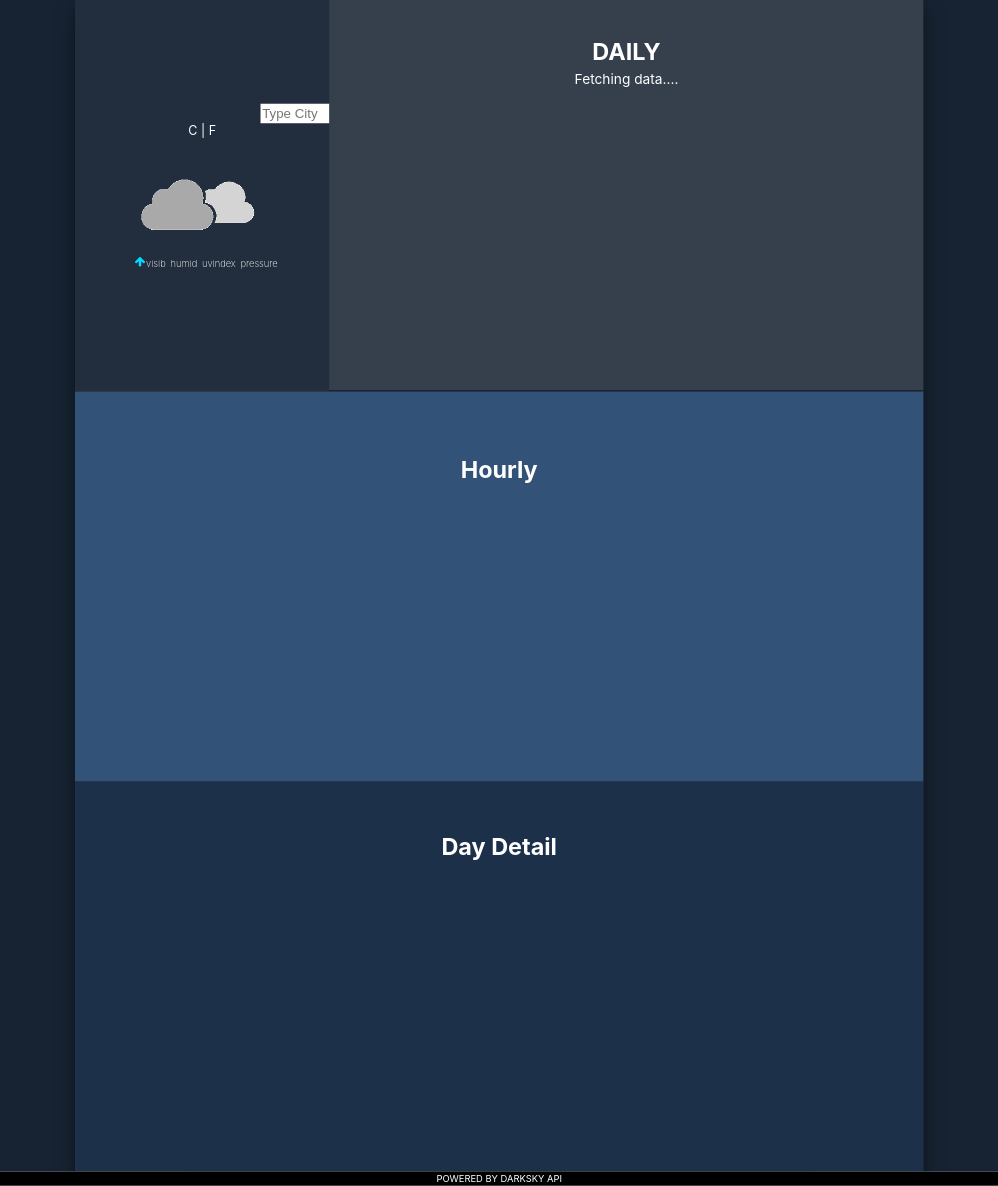
Repository: DOODpls/assignment3_weather
Page: index.html
The author's editor kept a copy of each file at every save. The page is drawn from the files as they stood at one save, then again after the next save.
The browser window is 1280 px wide. The pictures show the whole page, at 78% of full size.
Some web fonts or font styles are not loaded; a fallback is used. Some web libraries are served in a nearby version.

Above is the page before, as saved 2020-01-07 19:20:32.

After the next save:
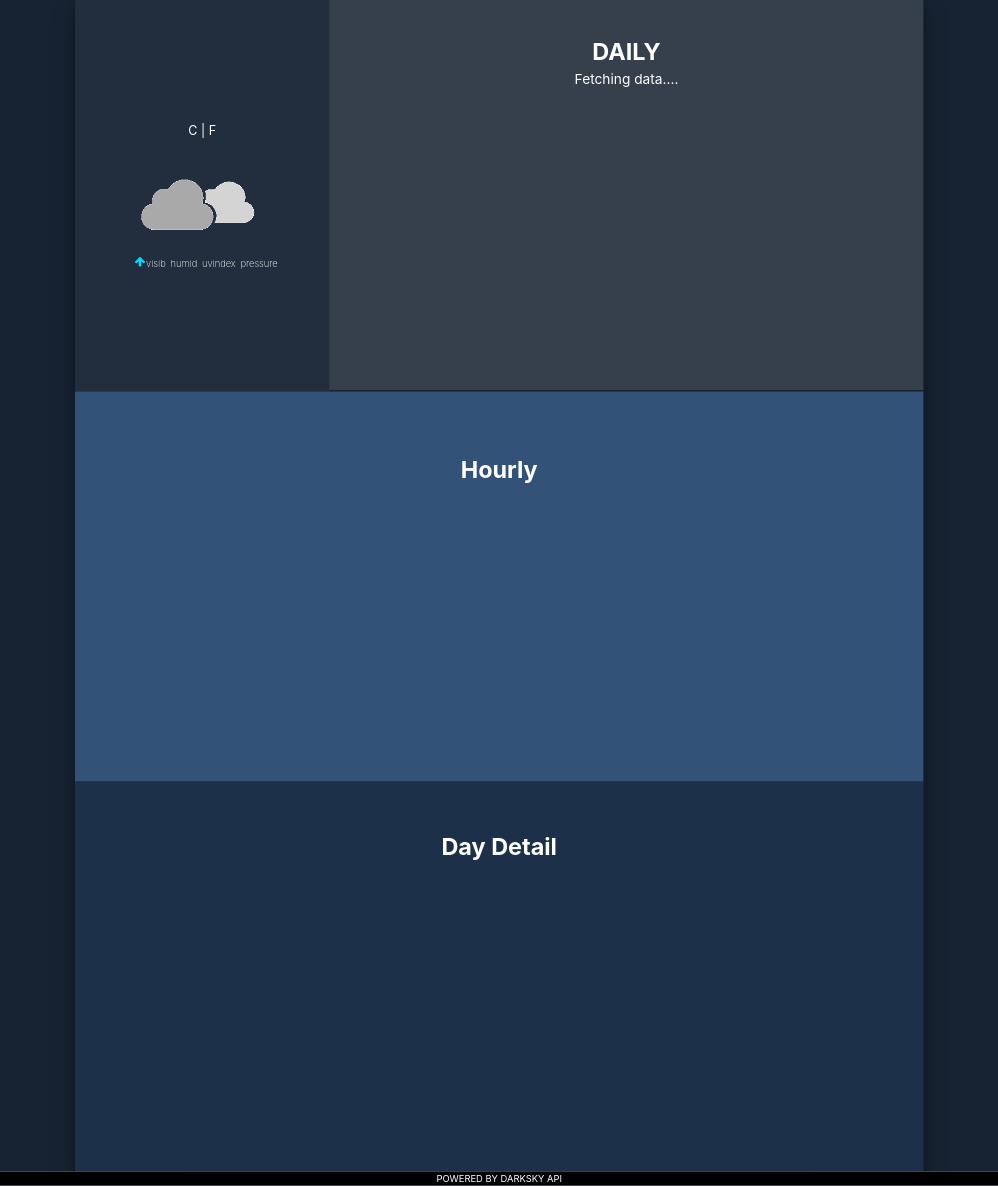
Saved 6 s later.
--- a/styles.css
+++ b/styles.css
@@ -144,7 +144,7 @@
   border: none;
   box-sizing: border-box;
   position: absolute;
-  right: -200px;
+  right: -300px;
   top: -22px;
 }
 .sub-info{
